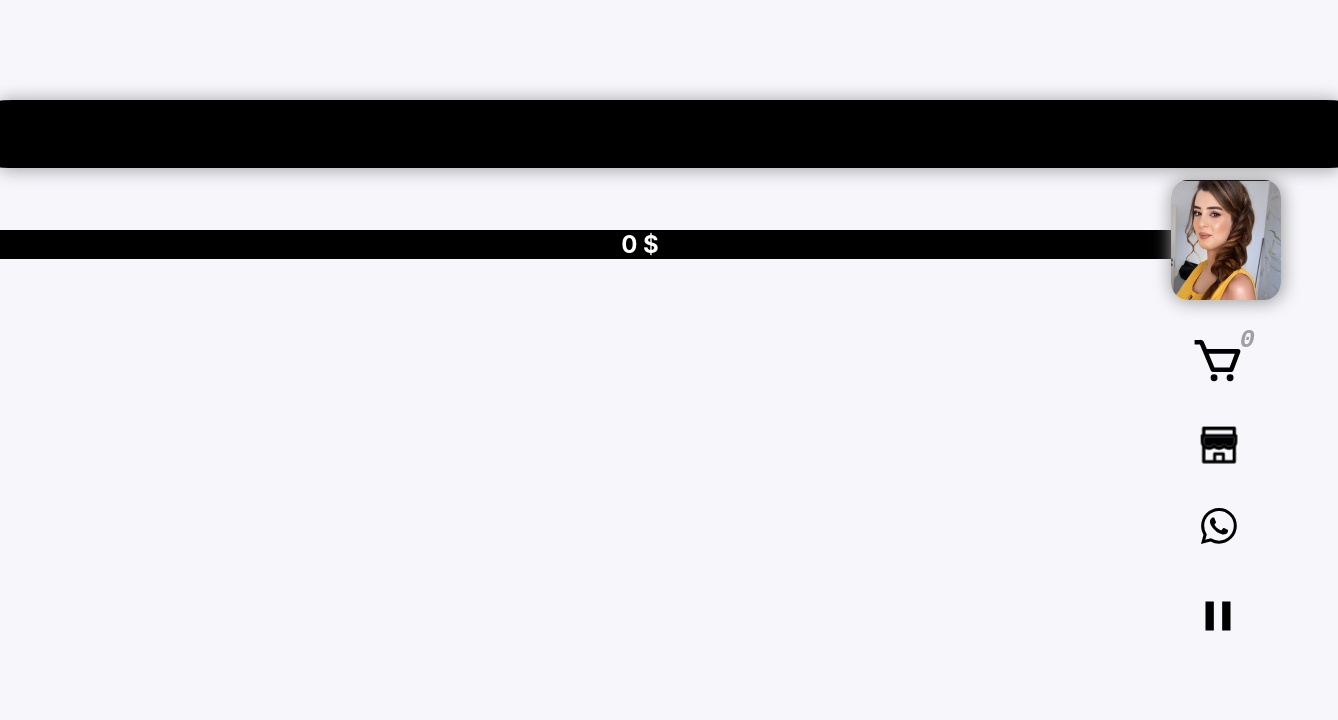
Repository: rehamAbass/BeautyCareShop
Page: /, after clicking the first element matching `svg.cartIcon`
The author's editor kept a copy of each file at every save. The page is drawn from the files as they stood at one save, then again after the next save.
The browser window is 1280 px wide. The page is 1338 px wide, so the pictures cover 1338 px, including what lies to the right of the window. The pictures show the whole page.
The page's requests for data from a server got no answer. Some web fonts or font styles are not loaded; a fallback is used. The project was rebuilt for these pictures with package versions that can differ from the ones it lists, and the page was loaded fresh each time. No one was signed in, and anything a server would have sent is missing. Also part of the build but not shown: src/components/allProducts/card-list.css, src/components/allProducts/prod/card.css, src/components/allProducts/prod/card.component.jsx, src/components/search-box/search-box.css, src/components/myCart/cartProduct/cartProduct.css, src/components/myCart/cartProduct/cartProduct.jsx. Imported but missing from the stored project, and not drawn on this page: src/components/header/music/ed.mp3.

Above is the page before, as saved 2022-06-08 17:39:56.

After the next save:
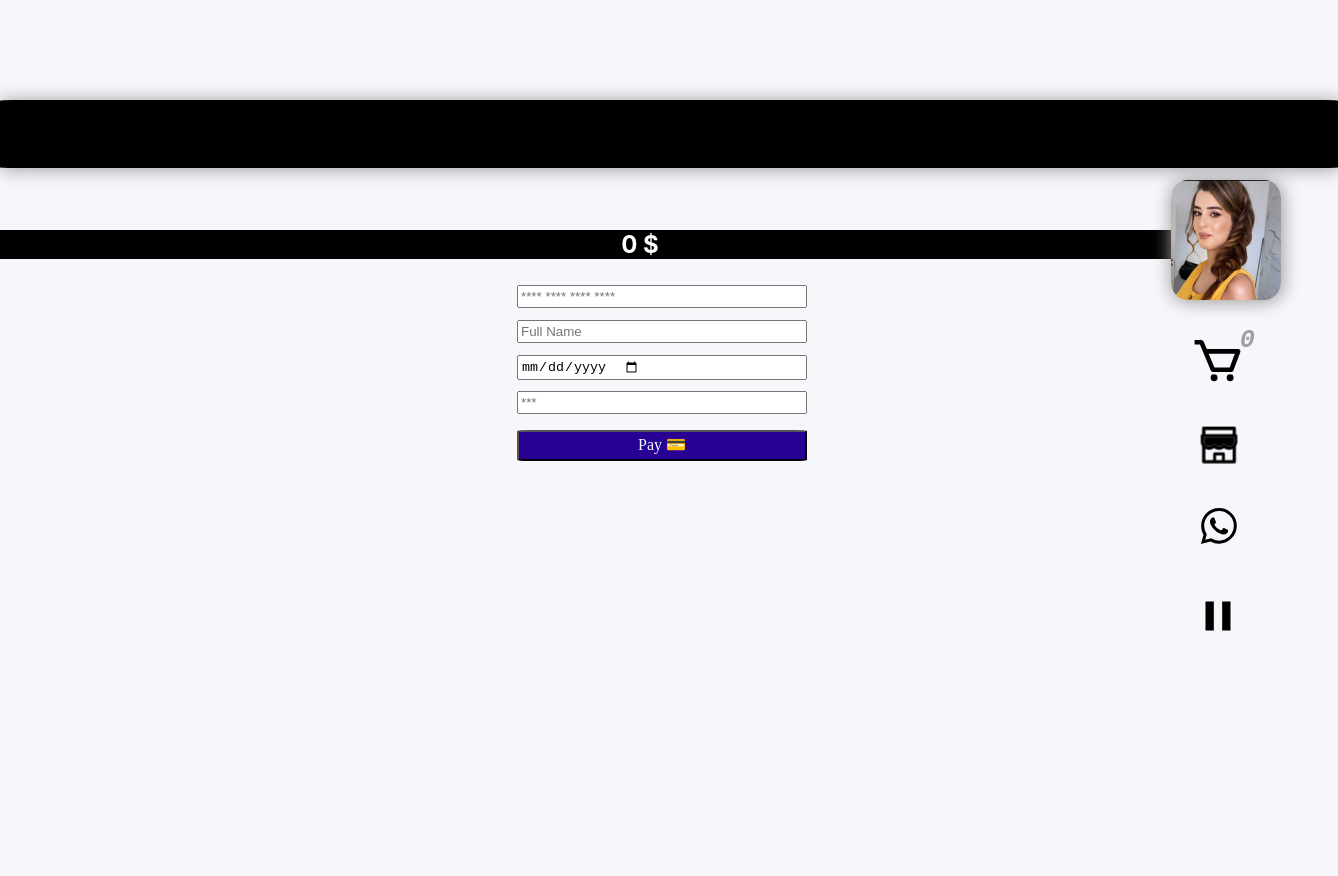
Saved 21 s later.
--- a/src/components/myCart/Payment/Pay.jsx
+++ b/src/components/myCart/Payment/Pay.jsx
@@ -13,7 +13,7 @@ const Pay =(sum, handlePaid, handleSumCount)=>{
  //-------------------------------
 return (
     <div >
-    { (sum >0) &&
+    {sum &&
     <form id="cc-form" >
 
     <input type="password" className='inputt'
